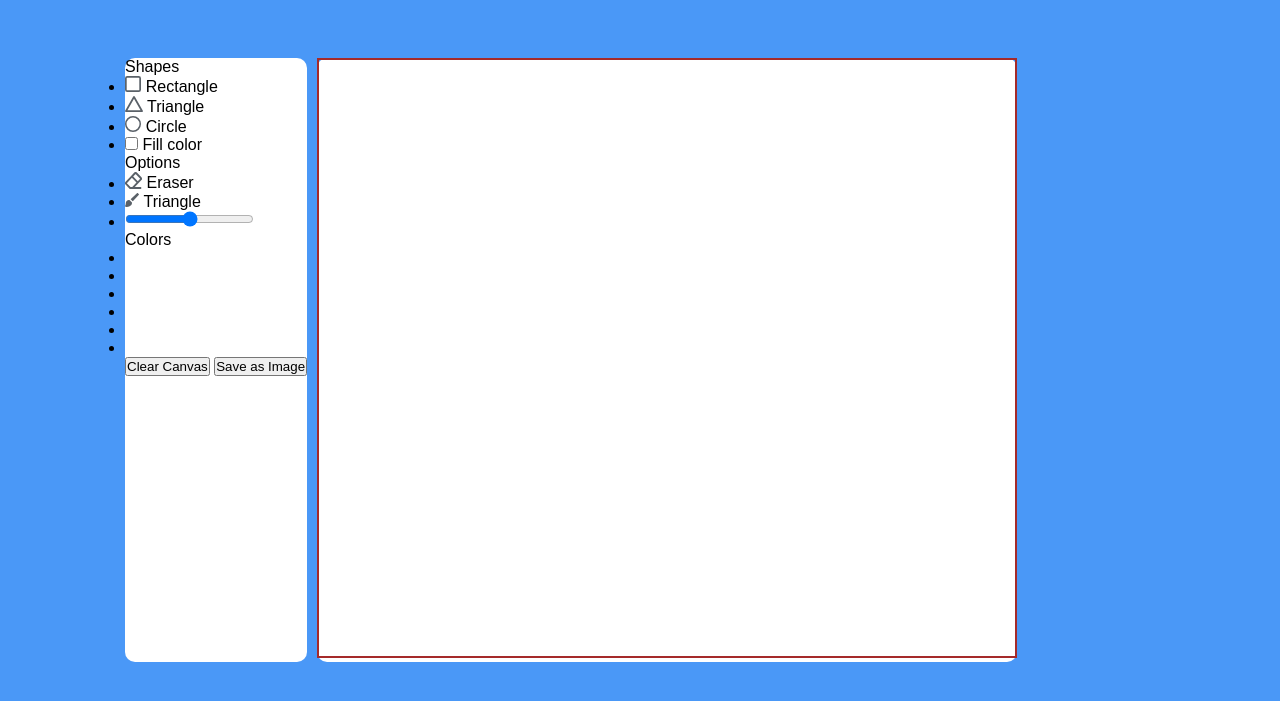
Repository: mdsajib50/Drawing-app
Page: index.html
The author's editor kept a copy of each file at every save. The page is drawn from the files as they stood at one save, then again after a run of saves.
The browser window is 1280 px wide. The pictures show the whole page.

Above is the page before, as saved 2025-02-17 21:40:16.

After the next 2 saves:
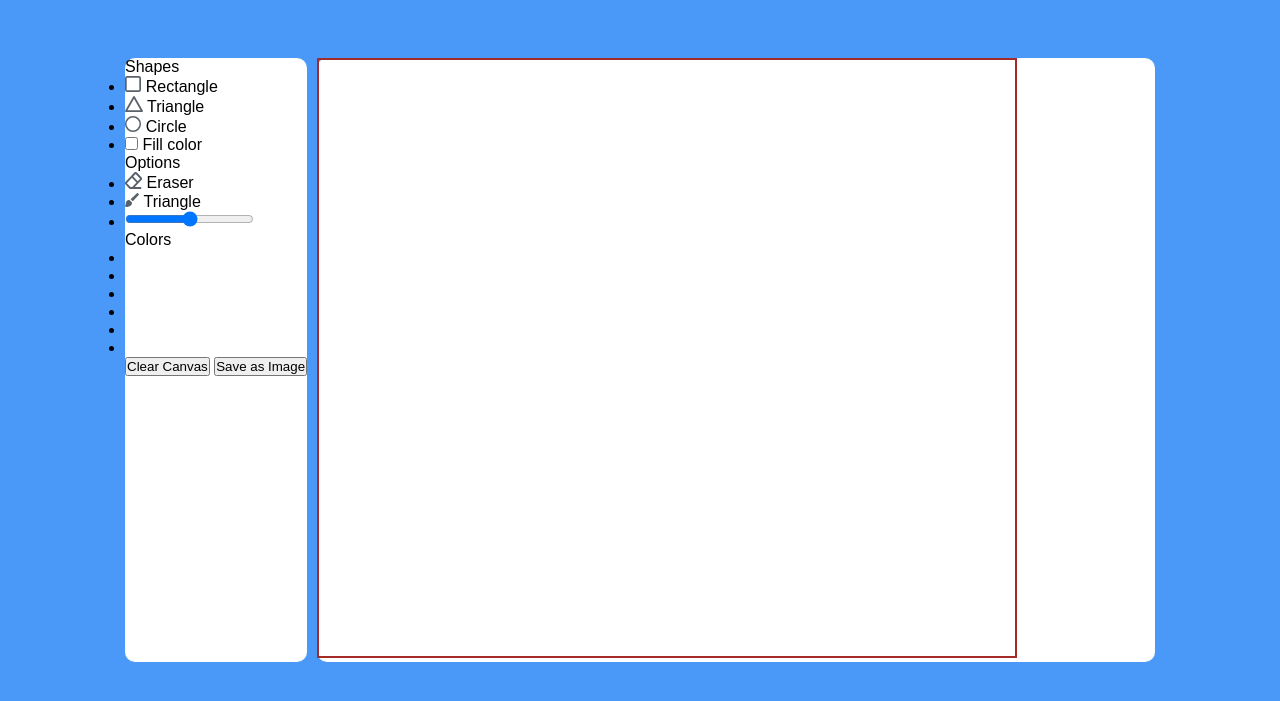
The 2 saves are shown as one change because they came seconds apart.
The last was saved 5 s later.
--- a/style.css
+++ b/style.css
@@ -26,7 +26,7 @@
 }
 
 .drawing-board{
-    fl
+    flex: 1;
 }
 canvas{
     width: 700px;

After the 2 saves that followed:
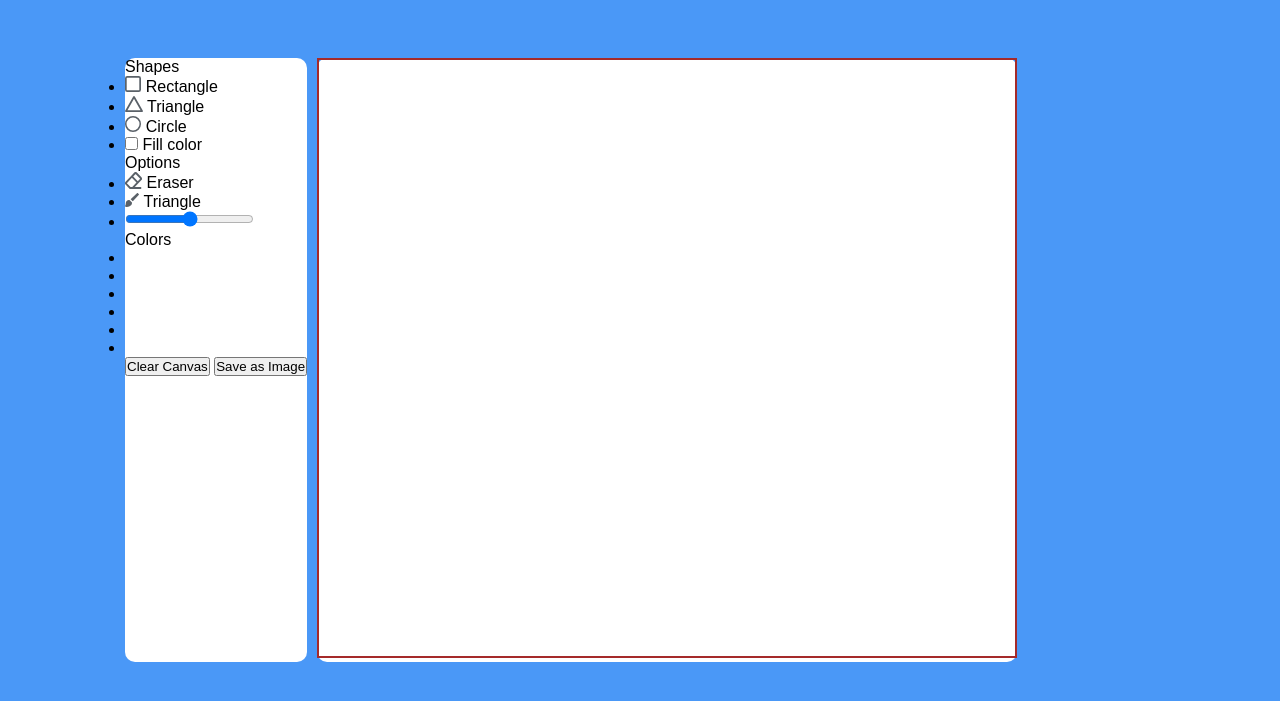
The 2 saves are shown as one change because they came seconds apart.
The last was saved 2 min 18 s later.
--- a/style.css
+++ b/style.css
@@ -25,6 +25,8 @@
     border-radius: 10px;
 }
 
+.
+
 .drawing-board{
     flex: 1;
 }
